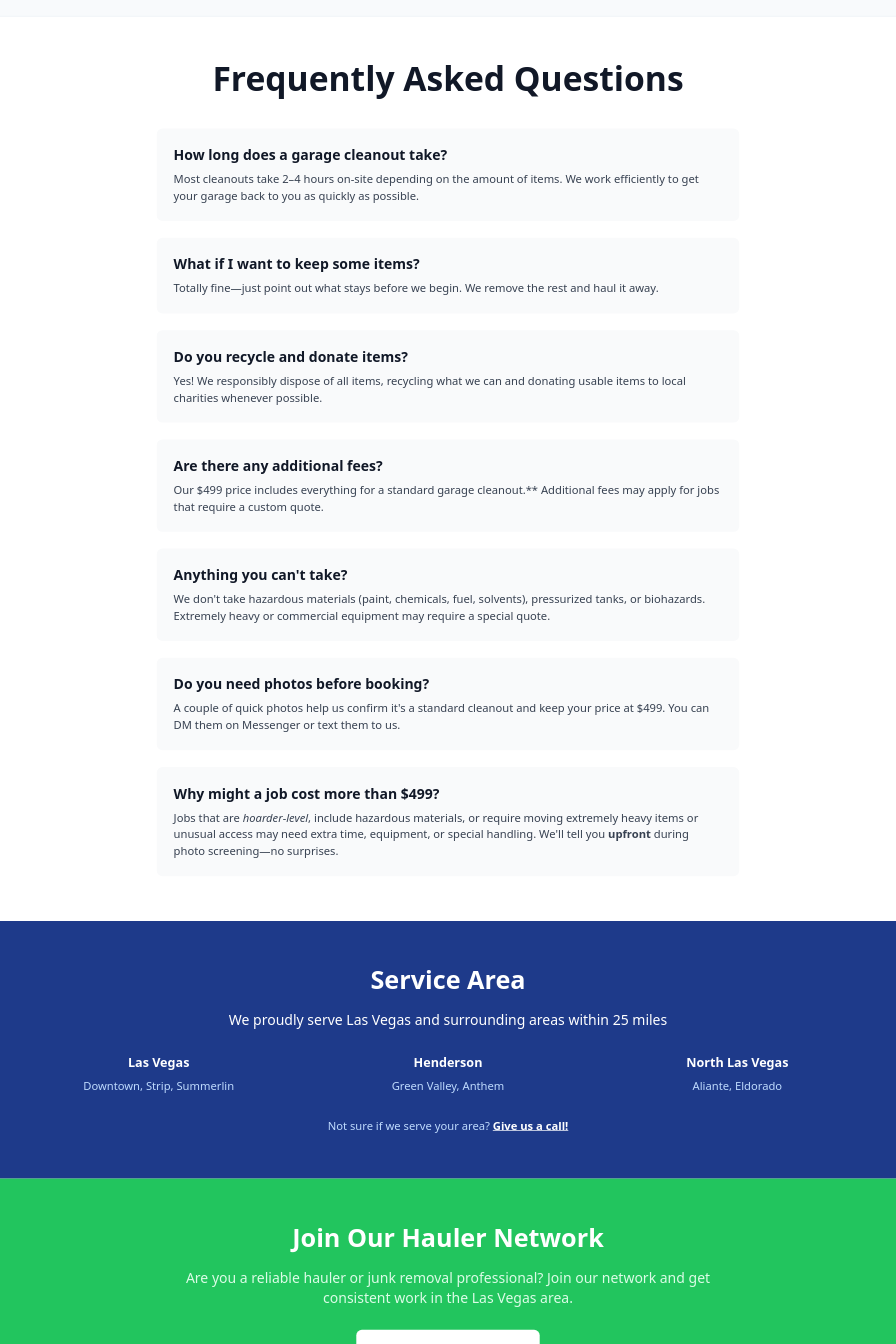
Repository: nikwhite1169/garagegone
Page: index.html
The author's editor kept a copy of each file at every save. The page is drawn from the files as they stood at one save, then again after the next save.
The browser window is 1280 px wide. The pictures show the part of the page from y = 2874 to 4794 px (the page is 5485 px tall before and 5493 px after), at 70% of full size.
Some web libraries are served in a nearby version.

Above is the page before, as saved 2025-09-16 00:38:02.

After the next save:
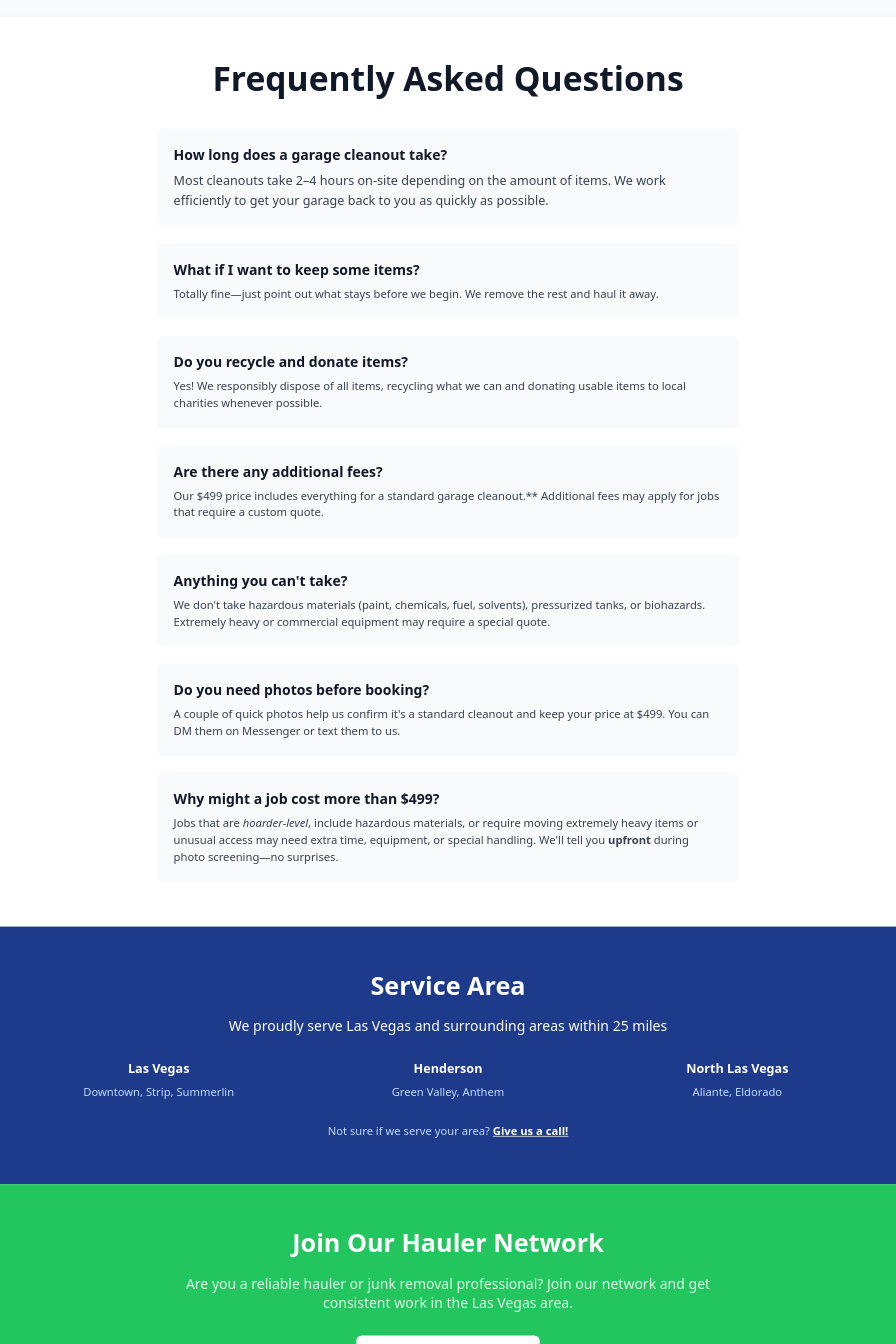
Saved 8 s later.
--- a/index.html
+++ b/index.html
@@ -303,7 +303,7 @@
             <div class="space-y-6">
                 <div class="bg-gray-50 rounded-lg p-6">
                     <h4 class="text-lg md:text-xl font-bold mb-2">How long does a garage cleanout take?</h4>
-                    <p class="text-gray-700">Most cleanouts take 2–4 hours on-site depending on the amount of items. We work efficiently to get your garage back to you as quickly as possible.</p>
+                    <p class="text-gray-700 md:text-lg">Most cleanouts take 2–4 hours on-site depending on the amount of items. We work efficiently to get your garage back to you as quickly as possible.</p>
                 </div>
 
                 <div class="bg-gray-50 rounded-lg p-6">
